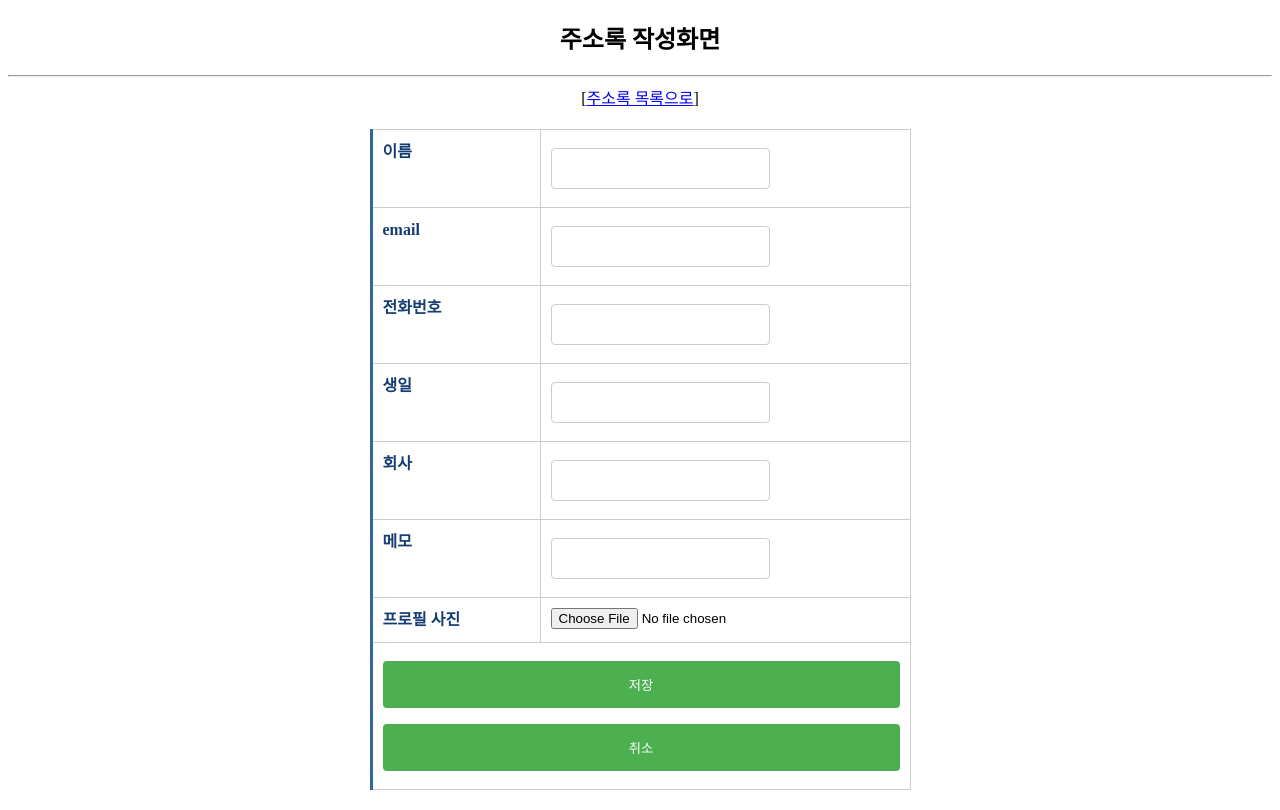
Repository: LeeHyukJe/jsp-bit
Page: http://localhost/jsp2/addrbook/addrbook_form.jsp
These files come from the project's save history. The page is drawn as it stood at one moment and after the next save; the edit follows.
The browser window is 1280 px wide. The pictures show the whole page.
The page is served by Tomcat 9. Other server files are loaded and not shown.

Above is the page before, as saved 2017-09-20 06:55:52.

### jsp2/WebContent/addrbook/addrbook_form.jsp
<%@ page language="java" contentType="text/html; charset=UTF-8"
	pageEncoding="UTF-8" errorPage="addrbook_error.jsp"%>
<!DOCTYPE html PUBLIC "-//W3C//DTD HTML 4.01 Transitional//EN" "http://www.w3.org/TR/html4/loose.dtd">
<html>
<head>
<meta http-equiv="Content-Type" content="text/html; charset=UTF-8">
<title>주소록 작성 화면</title>
<link rel="stylesheet" href="login_css.css" media="screen">
	<style>
		table,input[type="text"]{
			width:auto;
			heigth:400px;
		}
	</style>
</head>
<body>
	<div align="center">
    <h2>주소록 작성화면</h2>
    <hr>
    [<a href=addrbook_list.jsp>주소록 목록으로</a>]<br>
    <p>
    <form name="form1" method="post" action="addrbook_control.jsp">
        <input type="hidden" name="action" value="insert">
        <table border="1" class="type03">
            <tr>
                <th>이름</th>
                <td><input type="text" name="ab_name" maxlength="15"></td>
            </tr>
            <tr>
                <th>email</th>
                <td><input type="text" name="ab_email" maxlength="20"></td>
            </tr>
            <tr>
                <th>전화번호</th>
                <td><input type="text" name="ab_tel" maxlength="20"></td>
            </tr>
            <tr>
                <th>생일</th>
                <td><input type="text" name="ab_birth"></td>
            </tr>
            <tr>
                <th>회사</th>
                <td><input type="text" name="ab_comdept" maxlength="20"></td>
            </tr>
            <tr>
                <th>메모</th>
                <td><input type="text" name="ab_memo"></td>
            </tr>
            <tr>
                <th>프로필 사진 </th>
                <td><input type="file" name="ab_picture"></td>
            </tr>
            <tr>
                <td colspan="2" align="center"><input type="submit" value="저장">
                    <input type="reset" value="취소"></td>
            </tr>
        </table>
    </form>
</div>
</body>
</html>

### jsp2/WebContent/addrbook/login_css.css
input[type=text],select{
    width: 100%;
    padding:12px 20px;
    margin:8px 0;
    display: inline-block;
    border:1px solid #ccc;
    border-radius: 4px;
    box-sizing: border-box;
}

input[type=submit],input[type=reset]{
    width:100%;
    background-color: #4CAF50;
    color: white;
    padding:14px 20px;
    margin:8px 0;
    border:none;
    border-radius: 4px;
    cursor: pointer;
}

input[type=submit]:hover, input[type=reset]:hover{
    background-color: #45a049;
}

table.type03{
    border-collapse:collapse;
    text-align: left;
    line-height: 1.5;
    border-top:1px solid #ccc;
    border-left:3px solid #369;
    margin:20px 10px;
}

table.type03 th{
    width:147px;
    padding:10px;
    font-weight:bold;
    vertical-align: top;
    color: #153d73;
    border-right:1px solid #ccc;
    border-bottom: 1px solid #ccc;
}

table.type03 td{
    width: 349px;
    padding:10px;
    vertical-align: top;
    border-right:1px solid #ccc;
    border-bottom: 1px solid #ccc;
}

After the next save:
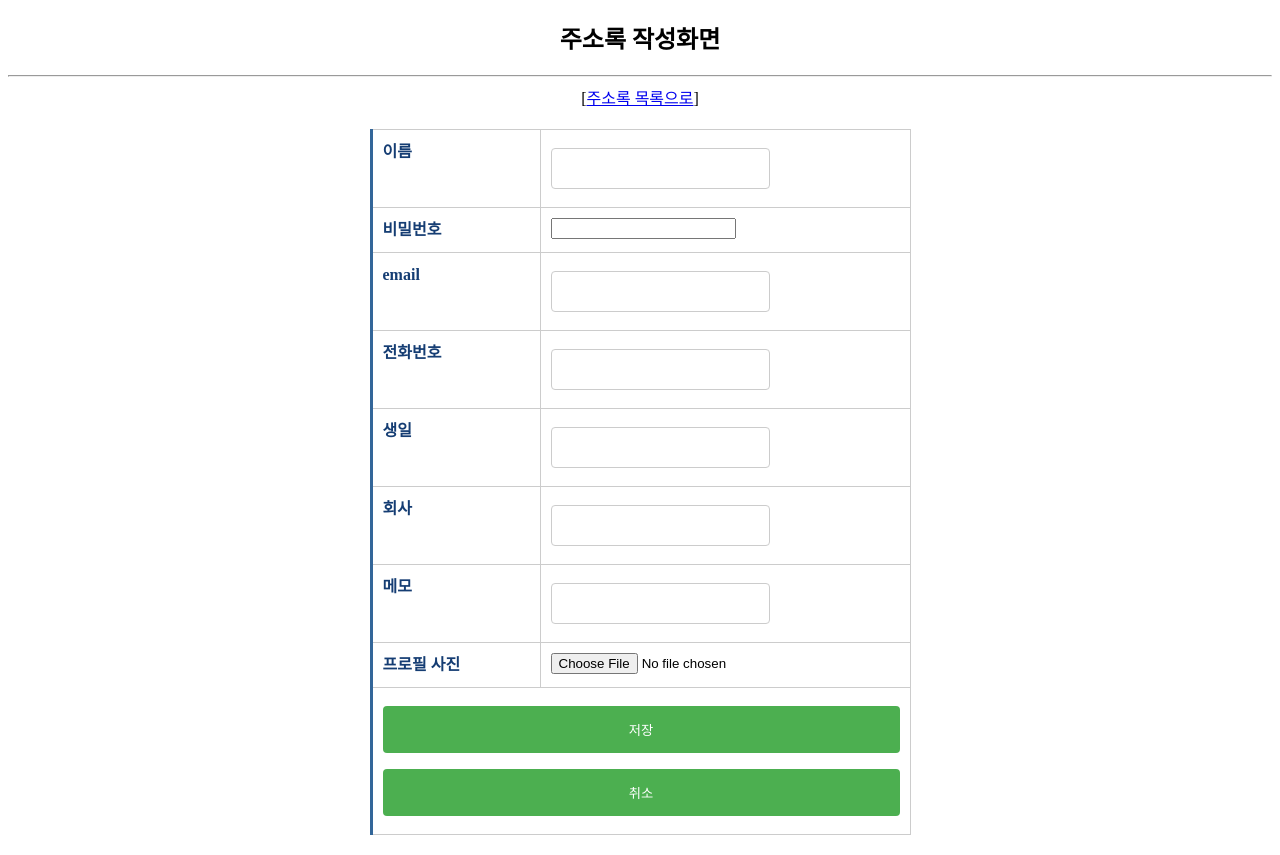
Saved 5 min 59 s later.
--- a/jsp2/WebContent/addrbook/addrbook_form.jsp
+++ b/jsp2/WebContent/addrbook/addrbook_form.jsp
@@ -25,6 +25,10 @@
             <tr>
                 <th>이름</th>
                 <td><input type="text" name="ab_name" maxlength="15"></td>
+            </tr>
+            <tr>
+                <th>비밀번호</th>
+                <td><input type="password" name="ab_password" maxlength="15"></td>
             </tr>
             <tr>
                 <th>email</th>
